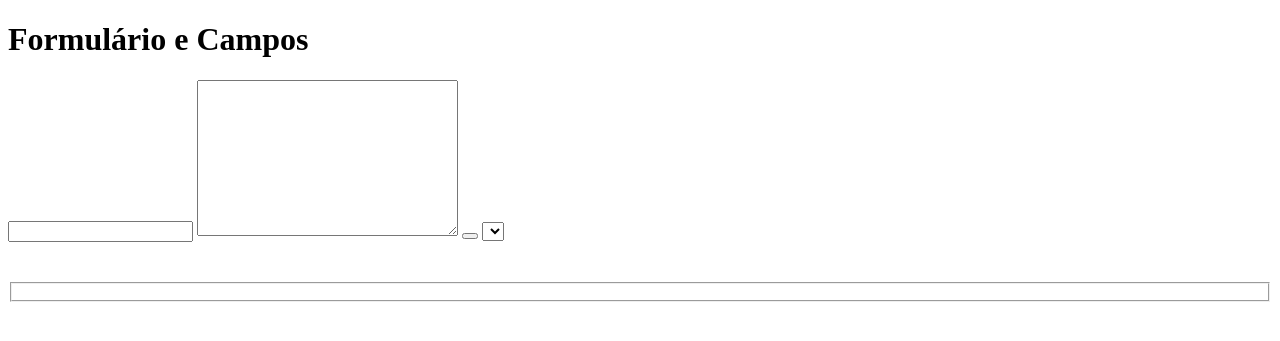
Repository: ErikMesquita/Danki-Code
Page: formulários_e_campos/index.html
The author's editor kept a copy of each file at every save. The page is drawn from the files as they stood at one save, then again after a run of saves.
The browser window is 1280 px wide. The pictures show the whole page.

Above is the page before, as saved 2023-10-28 15:56:42.

### formulários_e_campos/index.html
<!DOCTYPE html>
<html lang="pt-br">

<head>
    <meta charset="UTF-8">
    <meta name="viewport" content="width=device-width, initial-scale=1.0">
    <title>Formulários e Campos</title>
</head>

<body>
    <h1>
        Formulário e Campos
    </h1>

    <!---->
    <form action=""></form>
    <input type="text">
    <textarea name="" id="" cols="30" rows="10"></textarea>
    <button></button>
    <select name="" id=""></select>
    <optgroup></optgroup>
    <option value=""></option>
    <fieldset></fieldset>
    <legend></legend>
    <datalist></datalist>
    <output></output>

</body>

</html>

After the next 4 saves:
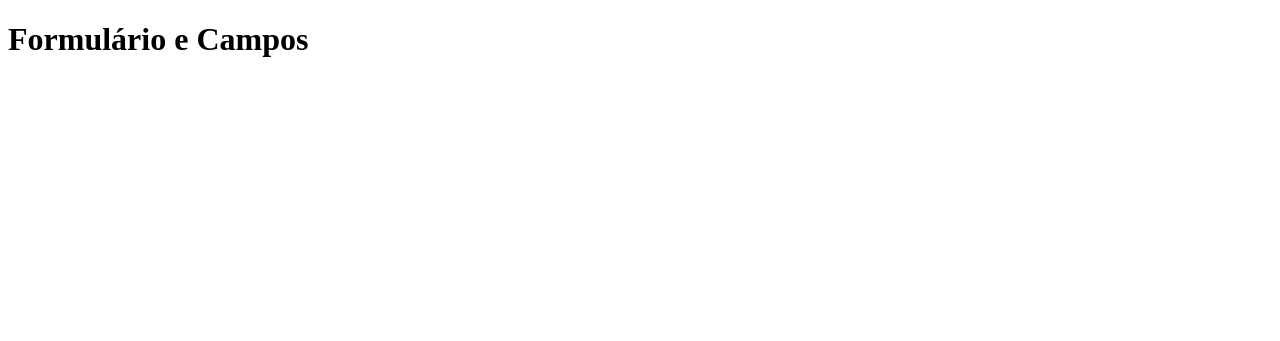
The 4 saves are shown as one change because they came seconds apart.
The last was saved 11 s later.
--- a/formulários_e_campos/index.html
+++ b/formulários_e_campos/index.html
@@ -12,7 +12,7 @@
         Formulário e Campos
     </h1>
 
-    <!---->
+    <!--
     <form action=""></form>
     <input type="text">
     <textarea name="" id="" cols="30" rows="10"></textarea>
@@ -25,6 +25,7 @@
     <datalist></datalist>
     <output></output>
 
+    -->
 </body>
 
 </html>
